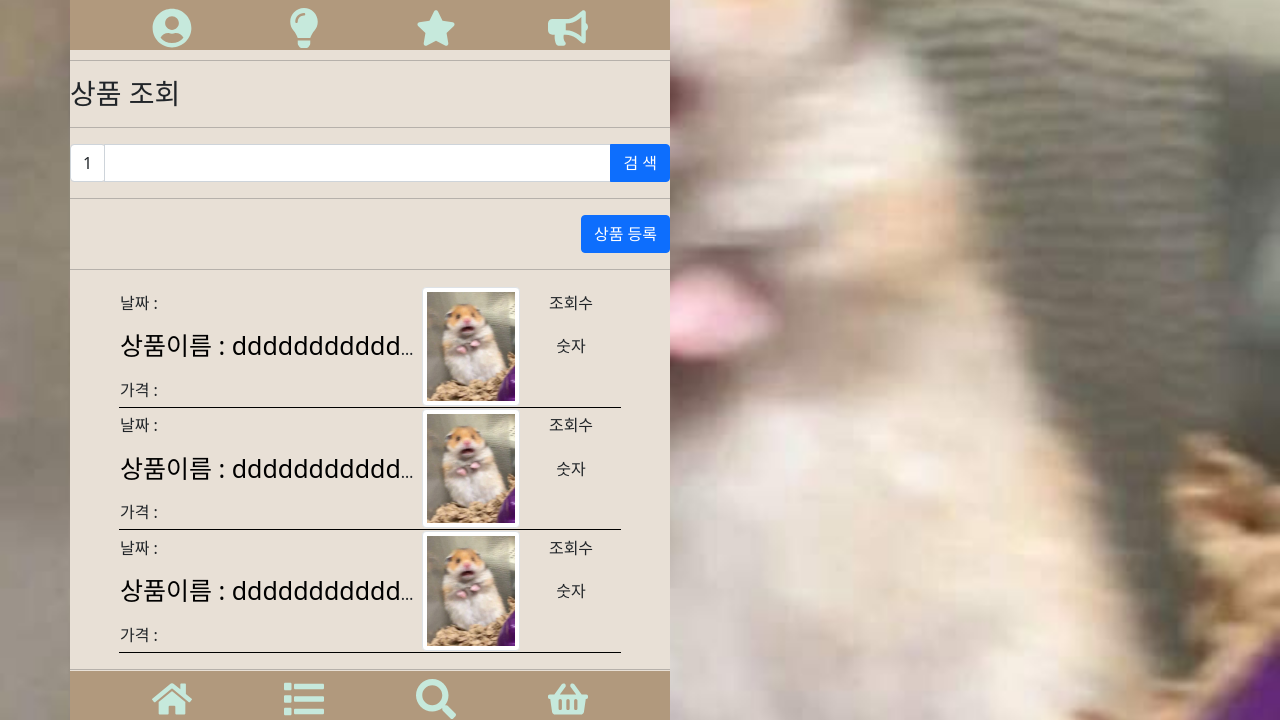
Repository: heegyu97/project
Page: http://localhost/0801_mvc2/WEB-INF/views/guest/productList.jsp
The author's editor kept a copy of each file at every save. The page is drawn from the files as they stood at one save, then again after the next save.
The browser window is 1280 px wide. The pictures show the whole page.
An inner scrolling area shows only its first screen. Some web libraries are served in a nearby version. The page is served by Tomcat 9. Nobody is signed in. The template is opened directly, without the code that normally fills it, so the values that code supplies are empty.

Above is the page before, as saved 2022-08-11 08:37:50.

After the next save:
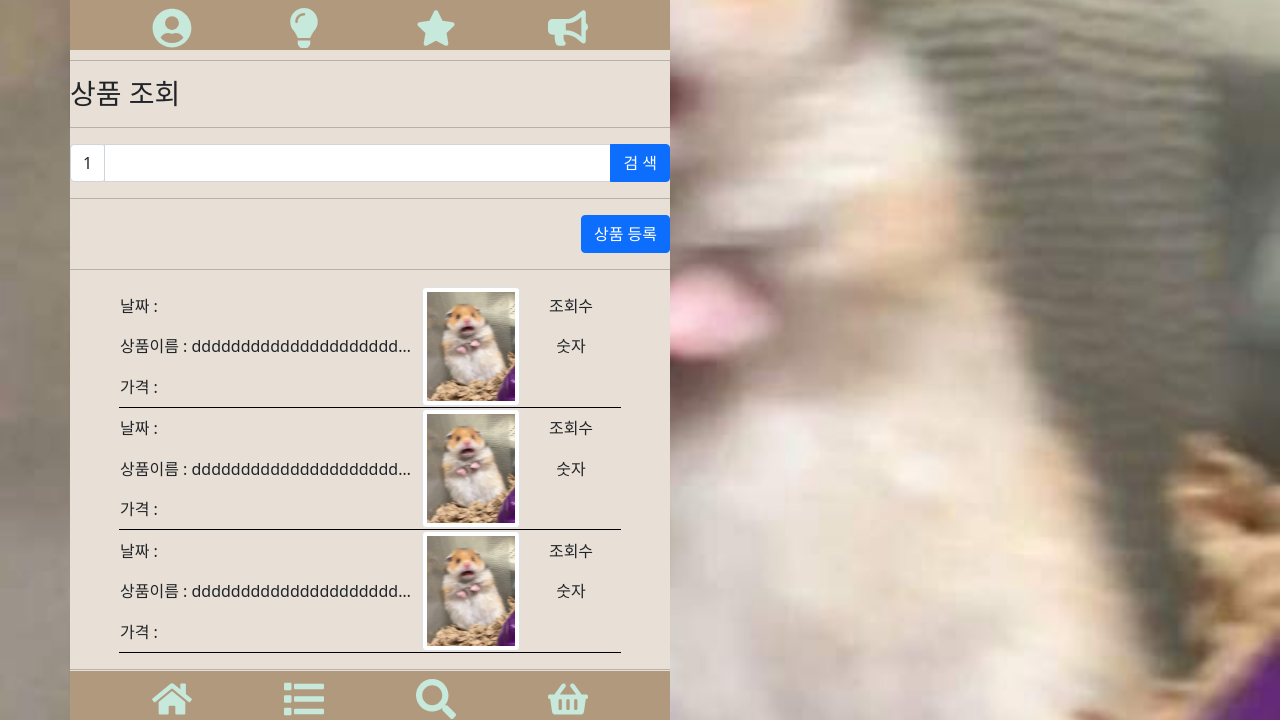
Saved 10 s later.
--- a/0801_mvc2/src/main/webapp/WEB-INF/views/guest/productList.jsp
+++ b/0801_mvc2/src/main/webapp/WEB-INF/views/guest/productList.jsp
@@ -78,9 +78,9 @@
 
 							<td width="300px">
 								<div class="pname">
-								<a href="${pageContext.request.contextPath}/guest/detail">
+
 									상품이름 : ddddddddddddddddddddddddddddddd
-								</a>
+
 								</div>
 							</td>
 							<td style="text-align: center">숫자</td>
